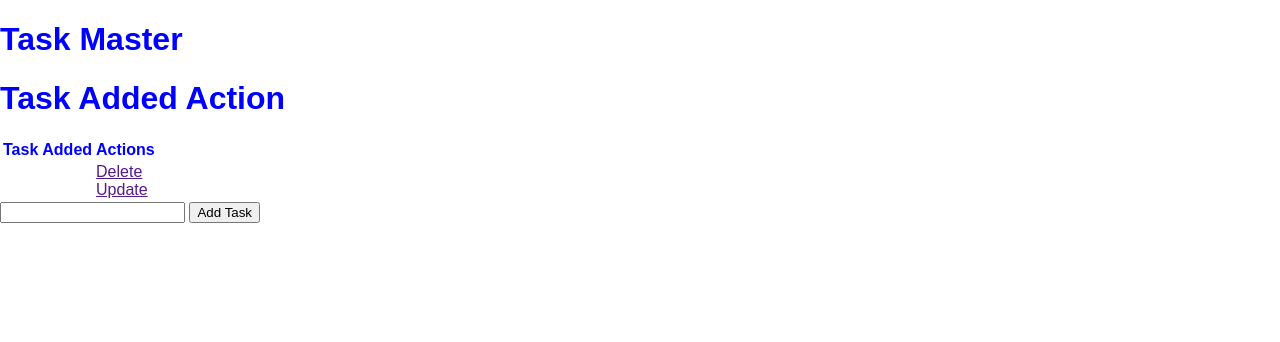
Repository: zamaniali1995/Flask-Intro
Page: http://localhost/
The author's editor kept a copy of each file at every save. The page is drawn from the files as they stood at one save, then again after the next save.
The browser window is 1280 px wide. The pictures show the whole page.
The page is served by the project's application, run on Flask 3 (app.py). The page reads the database file committed with the project.

Above is the page before, as saved 2021-05-12 13:00:24.

### templates/index.html
{% extends 'base.html' %} {% block head %}
<h1>Task Master</h1>{% endblock %} {% block body %}
<div class="content">
    <h1>Task Added Action</h1>

    <table>
        <tr>
            <th>Task</th>
            <th>Added</th>
            <th>Actions</th>
        </tr>
        <tr>
            <td></td>
            <td></td>
            <td>
                <a href="">Delete</a>
                <br>
                <a href="">Update</a>
            </td>
        </tr>
    </table>

    <form action="/" method="POST">
        <input type="text" name="content" id="content">
        <input type="submit" value="Add Task">
    </form>
</div>
{% endblock %}

### templates/base.html
<!DOCTYPE html>
<html lang="en">

<head>
    <meta charset="UTF-8">
    <meta name="viewport" content="width=device-width, initial-scale=1.0">
    <link rel="stylesheet" href="{{ url_for('static', filename='css/main.css') }}"> {% block head %}{% endblock %}
</head>

<body>
    {% block body %}{% endblock %}
</body>

</html>

### app.py
from flask import Flask, render_template, url_for, request, request
from flask_sqlalchemy import SQLAlchemy
from datetime import datetime

app = Flask(__name__)
app.config['SQLALCHEMY_DATABASE_URI'] = 'sqlite:///test.db'
db = SQLAlchemy(app)


class Todo(db.Model):
    id = db.Column(db.Integer, primary_key=True)
    content = db.Column(db.String(200), nullable=False)
    date_created = db.Column(db.DateTime, default=datetime.utcnow)

    def __repr__(self):
        return '<Task %r>' % self.id
@app.route('/', methods=['POST', 'GET'])
def index():
    if request.method == 'POST':
        task_content = request.form['content']
        new_task = Todo(content=task_content)

        try:
            db.session.add(new_task)
            db.session.commit()
            return redirect('/')
        except:
            return 'There was an issue adding your task'
    else:
        tasks = Todo.query.order_by(Todo.date_created).all()
        return render_template("index.html", tasks=tasks)

if __name__ == "__main__":
    app.run(debug=True)

### static/css/main.css
body {
    margin: 0;
    font-family: sans-serif;
    color: blue;
}

### test.db (the tables this page reads, as SQL)
CREATE TABLE todo (
	id INTEGER NOT NULL, 
	content VARCHAR(200) NOT NULL, 
	date_created DATETIME, 
	PRIMARY KEY (id)
);
INSERT INTO "todo" VALUES
(1, 'ali', '2021-05-12 21:20:14.103203'),
(2, 'ali4', '2021-05-12 21:24:48.061862'),
(3, 'ali3', '2021-05-12 21:24:50.670287');

After the next save:
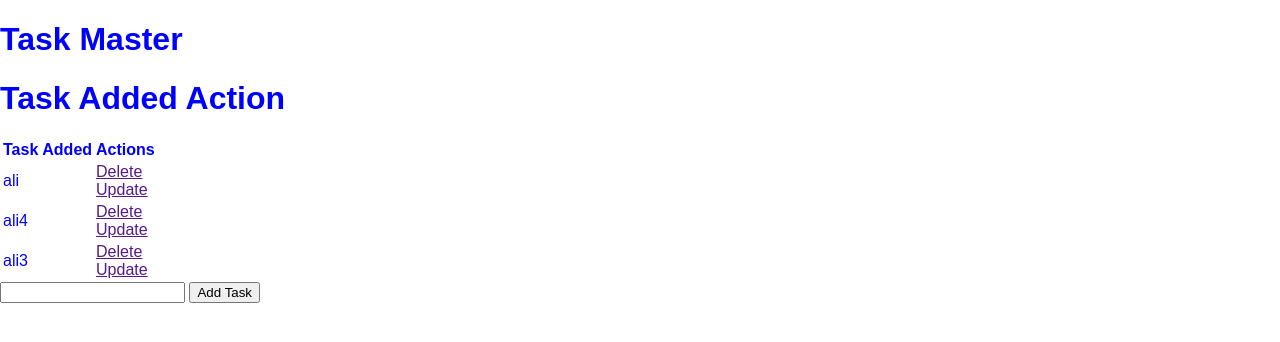
Saved 93 s later.
--- a/templates/index.html
+++ b/templates/index.html
@@ -9,8 +9,9 @@
             <th>Added</th>
             <th>Actions</th>
         </tr>
+        {% for task in tasks %}
         <tr>
-            <td></td>
+            <td>{{ task.content }}</td>
             <td></td>
             <td>
                 <a href="">Delete</a>
@@ -18,6 +19,7 @@
                 <a href="">Update</a>
             </td>
         </tr>
+        {% endfor %}
     </table>
 
     <form action="/" method="POST">
